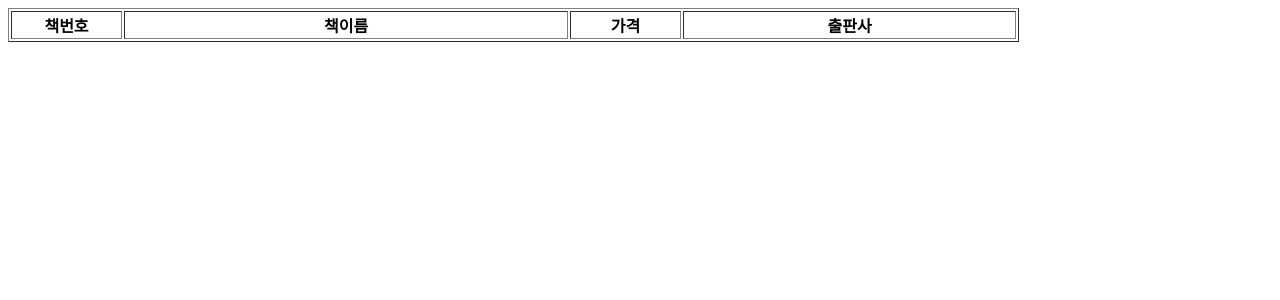
Repository: beom324/jsp-servlet
Page: http://localhost/day1228/listBook.do
The author's editor kept a copy of each file at every save. The page is drawn from the files as they stood at one save, then again after the next save.
The browser window is 1280 px wide. The pictures show the whole page.
The page is served by Tomcat 9.

Above is the page before, as saved 2023-12-28 03:30:06.

After the next save:
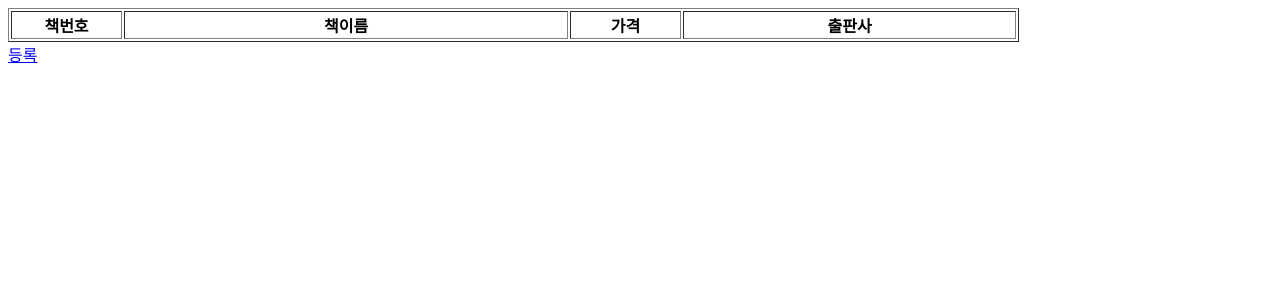
Saved 91 s later.
--- a/day1228/src/main/webapp/listBook.jsp
+++ b/day1228/src/main/webapp/listBook.jsp
@@ -26,5 +26,6 @@
 	</tr>
 	</c:forEach>
 </table>
+<a href="insertBook">등록</a>
 </body>
 </html>
